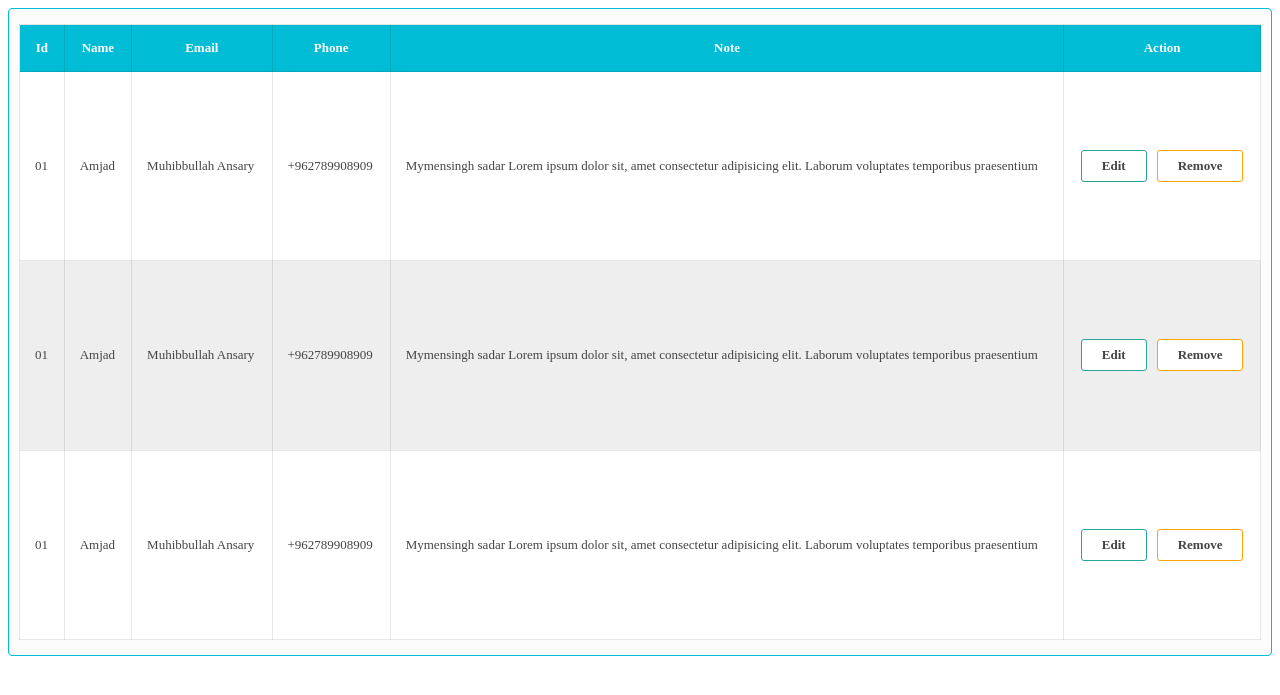
Repository: special4Party/Graduation-project-wedding-hall
Page: include/temp/tttttttttt.html
These files come from the project's save history. The page is drawn as it stood at one moment and after the next save; the edit follows.
The browser window is 1280 px wide. The pictures show the whole page.

Above is the page before, as saved 2022-05-01 00:25:37.

### include/temp/tttttttttt.html
<!DOCTYPE html>
<html>
<head>
    <meta charset="UTF-8">
    <title>Quistion Admin Page</title>
    <link rel="stylesheet" href="/layout/css/tttttttt.css">
</head>
<body>
    <div class="table_responsive">
        <table>
          <thead>
            <tr>
              <th>Id</th>
              <th>Name</th>
              <th>Email</th>
              <th>Phone</th>
              <th>Note</th>
              <th>Action</th>
            </tr>
          </thead>
          <tbody>
            <tr>
              <td>01</td>
              <td>Amjad</td>
              <td>Muhibbullah Ansary</td>
              <td>+962789908909</td>
              <td>Mymensingh sadar Lorem ipsum dolor sit, amet consectetur adipisicing elit. Laborum voluptates temporibus praesentium</td>
              <td>
                <span class="action_btn">
                  <a href="#">Edit</a>
                  <a href="#">Remove</a>
                </span>
              </td>
            </tr>
            <tr>
                <td>01</td>
                <td>Amjad</td>
                <td>Muhibbullah Ansary</td>
                <td>+962789908909</td>
                <td>Mymensingh sadar Lorem ipsum dolor sit, amet consectetur adipisicing elit. Laborum voluptates temporibus praesentium</td>
                <td>
                  <span class="action_btn">
                    <a href="#">Edit</a>
                    <a href="#">Remove</a>
                  </span>
                </td>
              </tr>
              <tr>
                <td>01</td>
                <td>Amjad</td>
                <td>Muhibbullah Ansary</td>
                <td>+962789908909</td>
                <td>Mymensingh sadar Lorem ipsum dolor sit, amet consectetur adipisicing elit. Laborum voluptates temporibus praesentium</td>
                <td>
                  <span class="action_btn">
                    <a href="#">Edit</a>
                    <a href="#">Remove</a>
                  </span>
                </td>
              </tr>
          </tbody>
        </table>
      </div>
    </div>
</body>
</html>

### layout/css/tttttttt.css

* {
    box-sizing: border-box;
}
body>div{
    min-height: 90vh;
    display: flex;
    font-family: cursive;
}
.table_responsive {
    max-width: 100%;
    border: 1px solid #00bcd4;
    background-color: #efefef33;
    padding: 15px 10px;
    overflow: auto;
    margin: auto;
    border-radius: 4px;
}
table {
    width: 100%;
    font-size: 13px;
    color: #444;
    white-space: nowrap;
    border-collapse: collapse;
}
table>thead {
    background-color: #00bcd4;
    color: #fff;
}
table>thead th {
    padding: 15px;
}
table th,
table td {
    border: 1px solid #00000017;
    padding: 10px 15px;
}
/* table>tbody>tr>td>img {
    display: inline-block;
    width: 60px;
    height: 60px;
    object-fit: cover;
    border-radius: 50%;
    border: 4px solid #fff;
    box-shadow: 0 2px 6px #0003;
} */
.action_btn {
    display: flex;
    justify-content: center;
    gap: 10px;
}
.action_btn>a {
    text-decoration: none;
    color: #444;
    background: #fff;
    border: 1px solid;
    display: inline-block;
    padding: 7px 20px;
    font-weight: bold;
    border-radius: 3px;
    transition: 0.3s ease-in-out;
}
.action_btn>a:nth-child(1) {
    border-color: #26a69a;
}
.action_btn>a:nth-child(2) {
    border-color: orange;
}
.action_btn>a:hover {
    box-shadow: 0 3px 8px #0003;
}
table>tbody>tr {
    background-color: #fff;
    transition: 0.3s ease-in-out;
}
table>tbody>tr:nth-child(even) {
    background-color: rgb(238, 238, 238);
}
table>tbody>tr:hover{
    filter: drop-shadow(0px 2px 6px #0002);
}

After the next save:
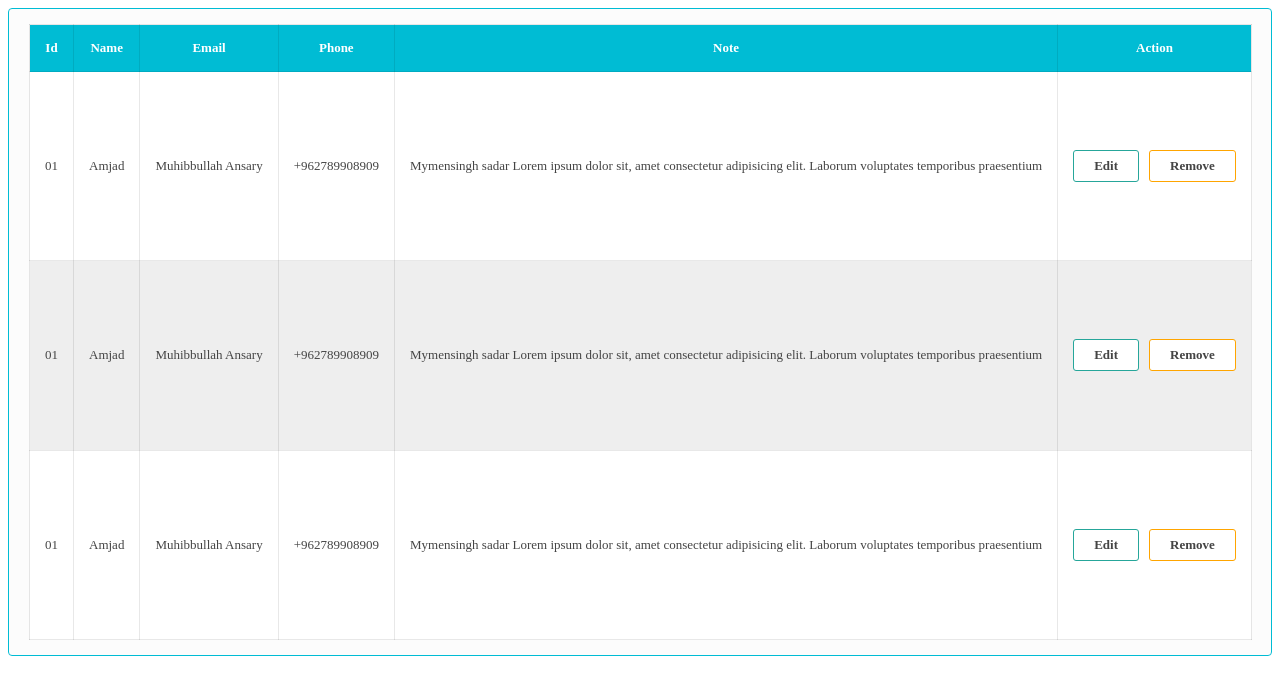
Saved 8 s later.
--- a/layout/css/tttttttt.css
+++ b/layout/css/tttttttt.css
@@ -11,7 +11,7 @@ body>div{
     max-width: 100%;
     border: 1px solid #00bcd4;
     background-color: #efefef33;
-    padding: 15px 10px;
+    padding: 15px 20px;
     overflow: auto;
     margin: auto;
     border-radius: 4px;
